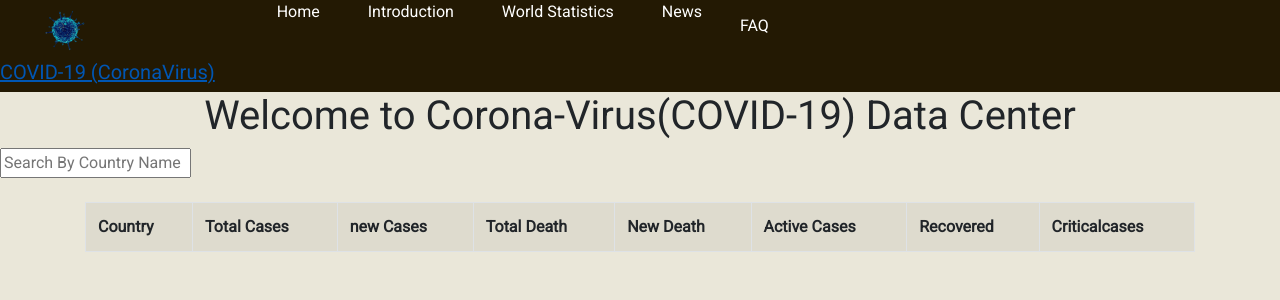
Repository: xthashankar/COVID-19-data-
Page: index.html
An editor plug-in stored every save of this project. The page is shown before and after the next save, followed by the edit.
The browser window is 1280 px wide. The pictures show the whole page.
The page's requests for data from a server got no answer.

Above is the page before, as saved 2020-04-14 16:48:01.

### index.html
<!DOCTYPE html>
<html lang="en">
<head>
    <meta charset="UTF-8">
    <meta name="viewport" content="width=device-width, initial-scale=1.0">
    <link rel="stylesheet" href="https://maxcdn.bootstrapcdn.com/bootstrap/4.4.1/css/bootstrap.min.css">
     <script src="https://ajax.googleapis.com/ajax/libs/jquery/3.4.1/jquery.min.js"></script>
     <script src="https://cdnjs.cloudflare.com/ajax/libs/popper.js/1.16.0/umd/popper.min.js"></script>
    <script src="https://maxcdn.bootstrapcdn.com/bootstrap/4.4.1/js/bootstrap.min.js"></script>
    <link rel="stylesheet" href="css/nqa.css">
    <title>Document</title>
</head>
<body>
    <div class="nav">
        <a href="index.html" class="company-title">
             <img src="image/coronavirus.png" style="margin: 5px;margin-left: 40px;height: 50px;
                                        width: 50px;">
            <h5>COVID-19 (CoronaVirus)</h5>
        </a>
        <a href="index.html" class="company-title"></a>
        <ul>
            <li><a class="active" href="#home">Home</a></li>
            <li><a class="active" href="intro.html">Introduction</a></li>
            <li><a href="world.html">World Statistics</a></li>
            <li><a href="news.html">News</a></li>
            <div class="dropdown">
                <button class="dropbtn">FAQ
                </button>
                <div class="dropdown-content">
                  <a href="qa.html">English</a>
                  <a href="nqa.html">Nepali</a>
                </div>
        </ul>
    </div>






    <!-- <ul>
        <ul>
            <img src="image/coronavirus.png">
            <li><a class="nav" href="#">Home</a></li>
            <li><a href="#">News</a></li>
            <li><a href="#">Contact</a></li>
            <li><a href="#">Signup</a></li>


        </ul>
    </ul> -->

    <h1>Welcome to Corona-Virus(COVID-19) Data Center</h1>
    <input type="text" name="filter" id="search" placeholder="Search By Country Name" onkeyup="search()">
    <div class="container">

        <br>
        <table class="table table-bordered  table-striped">
            <thread>
                <tr>
                    <th>Country</th>
                    <th>Total Cases</th>
                    <th>new Cases</th>
                    <th>Total Death</th>
                    <th>New Death</th>
                    <th>Active Cases</th>
                    <th>Recovered</th>
                    <th>Criticalcases</th>
            </tr>
            </thread>
            <tbody  id="coranavirus">
            </tbody>
        </table>
    </div>
</body>
<script src="javascript/main.js"></script>
</html>

### css/nqa.css
@import url('https://fonts.googleapis.com/css?family=Roboto&display=swap');

body {
	font-family: 'Roboto', sans-serif;
	background-color: #eae7d9;
	margin: 0;
	padding: 0;
}

.nav {
	list-style-type: none;
	margin: 0;
	padding: 0;
	overflow: hidden;
	background-color: #231903;
}

ul {
	float: right;
}

li {
	display: inline-block;
}

li a {
	/* display: block; */
	color: white;
	/* text-align: center; */
	padding: 30px 22px;
	text-decoration: none;
}

li a:hover {
	background-color: #333;
}

h1{
  text-align: center;
}

img{
  width:50px;
  height:50px;
}
.navbar {
    overflow: hidden;
    background-color: #333;
    margin: 0;
    padding: 0;
  }

  .navbar a {
    float: left;
    font-size: 16px;
    color: white;
    text-align: center;
    padding: 14px 16px;
    text-decoration: none;
  }

  .dropdown {
    float: right;
    overflow: hidden;
  }

  .dropdown .dropbtn {
    font-size: 16px;
    border: none;
    outline: none;
    color: white;
    padding: 14px 16px;
    background-color: inherit;
    font-family: inherit;
    margin: 0;
  }

  .navbar a:hover, .dropdown:hover .dropbtn {
    background-color: red;
  }

  .dropdown-content {
    display: none;
    position: absolute;
    background-color: #f9f9f9;
    min-width: 160px;
    box-shadow: 0px 8px 16px 0px rgba(0,0,0,0.2);
    z-index: 1;
  }

  .dropdown-content a {
    float: none;
    color: black;
    padding: 12px 16px;
    text-decoration: none;
    display: block;
    text-align: left;
  }

  .dropdown-content a:hover {
    background-color: #ddd;
  }

  .dropdown:hover .dropdown-content {
    display: block;
  }

### javascript/main.js
// let who='';
let URL='https://nepalcorona.info/api/v1/data/world'
fetch(URL)
.then(function(response){
   return response.json()
}).then(function(covid){
//    console.log(covid);
       if(covid.length>0)
       {
           var coviddata='';
           covid.forEach(function(data){
            // coviddata +="<tr>";
            if(data.country!="")
            {
            coviddata +="<tr><td>"+data.country+"</td>";
            coviddata +="<td>"+data.totalCases+"</td>";
            coviddata +="<td>"+data.newCases+"</td>";
            coviddata +="<td>"+data.totalDeaths+"</td>";
            coviddata +="<td>"+data.newDeaths+"</td>";
            coviddata +="<td>"+data.activeCases+"</td>";
            coviddata +="<td>"+data.totalRecovered+"</td>";
            coviddata +="<td>"+data.criticalCases+"</td></tr>";
            console.log(coviddata);
            }
            document.getElementById('coranavirus').innerHTML=coviddata;
           })
       }
   })
   //for search
function search(){
    let filter=document.getElementById("search").value.toUpperCase();
    let table=document.getElementById("coranavirus");
    let tr=table.getElementsByTagName("tr");
    for(let i=0;i<tr.length;i++)
    {
     let td=tr[i].getElementsByTagName("td")[0];
        if(td)
        {
         let txtValue=td.textContent||td.innerText;
         if(txtValue.toUpperCase().indexOf(filter)>-1)
            {
            tr[i].style.display="";
            }else
            {
            tr[i].style.display="none";
            }
        }
    }
}

After the next save:
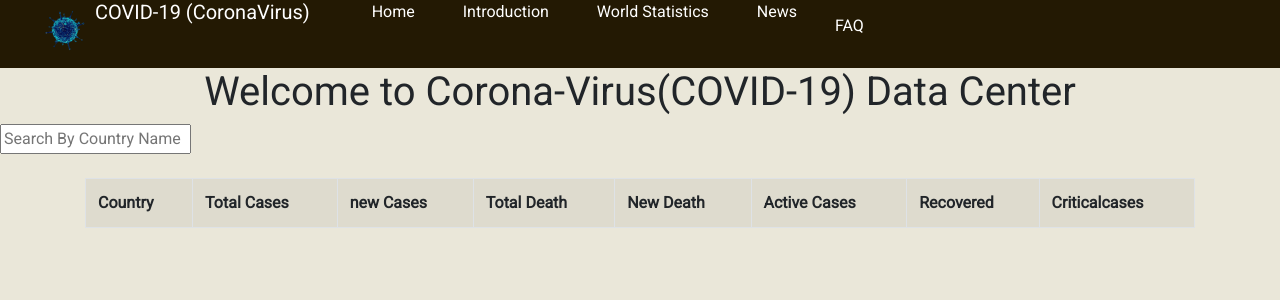
Saved 2 min 44 s later.
--- a/css/nqa.css
+++ b/css/nqa.css
@@ -37,6 +37,17 @@ li a:hover {
 
 h1{
   text-align: center;
+}
+.company-title {
+	display: inline-block;
+}
+.company-title img {
+	float: left;
+}
+.company-title h5 {
+	float: right;
+	color: white;
+	/* font-size: 20px; */
 }
 
 img{
